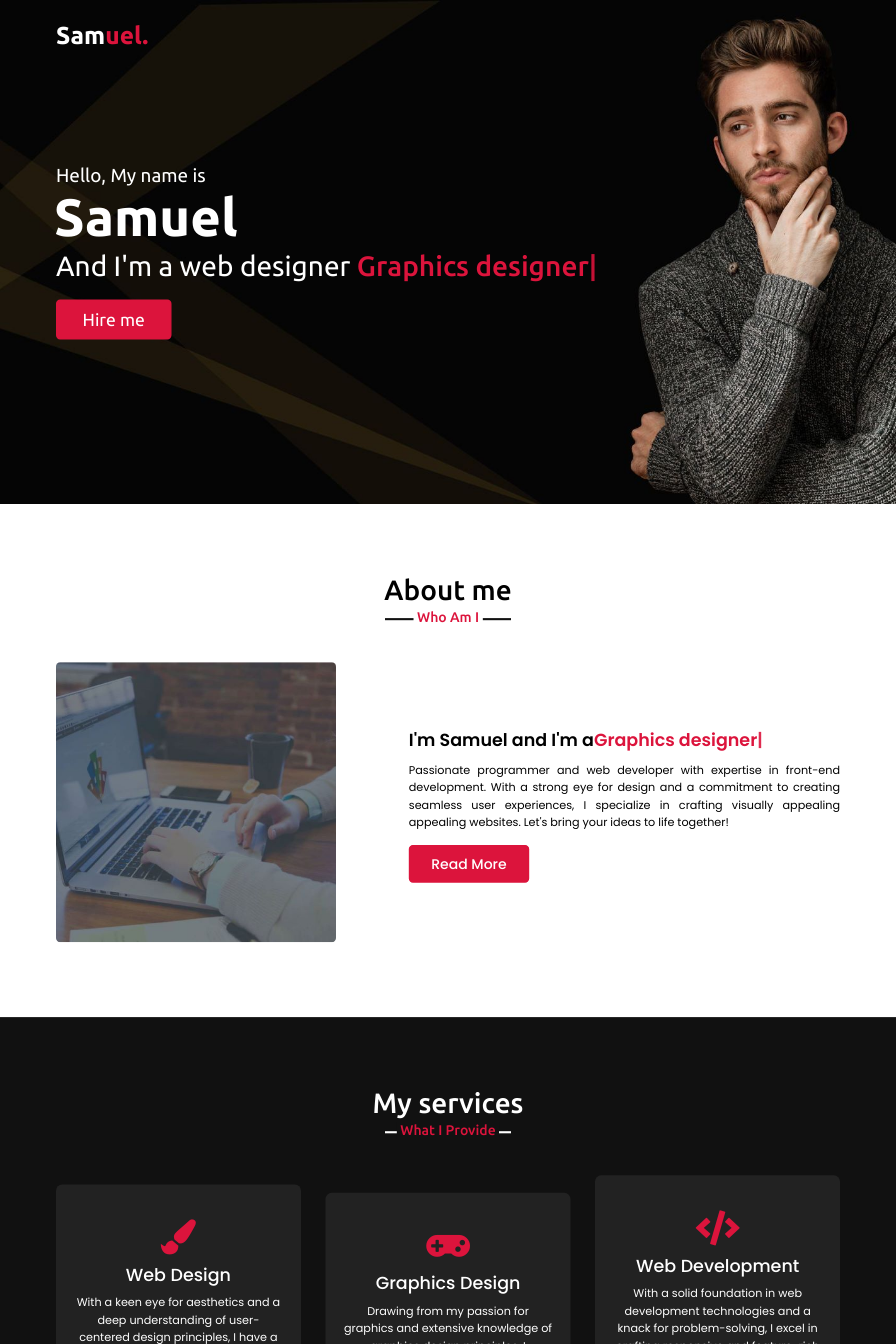
Repository: thedigitalwhizzy/JHF
Page: index.html
The author's editor kept a copy of each file at every save. The page is drawn from the files as they stood at one save, then again after a run of saves.
The browser window is 1280 px wide. The pictures show the part of the page from y = 0 to 1920 px (the page is 3743 px tall), at 70% of full size.
Backgrounds fixed to the window are drawn as part of the page.

Above is the page before, as saved 2024-06-22 15:31:11.

### index.html
<!DOCTYPE html>
<html lang="en">

<head>
  <meta charset="UTF-8">
  <title>Samuel | Portfolio</title>
  <link rel="stylesheet" href="style.css">
  <link rel="stylesheet" href="https://cdnjs.cloudflare.com/ajax/libs/font-awesome/5.15.3/css/all.min.css" />
  <script src="https://code.jquery.com/jquery-3.5.1.min.js"></script>
  <script src="https://cdnjs.cloudflare.com/ajax/libs/typed.js/2.0.11/typed.min.js"></script>
  <script src="https://cdnjs.cloudflare.com/ajax/libs/waypoints/4.0.1/jquery.waypoints.min.js"></script>
  <script src="https://cdnjs.cloudflare.com/ajax/libs/OwlCarousel2/2.3.4/owl.carousel.min.js"></script>
  <link rel="stylesheet" href="https://cdnjs.cloudflare.com/ajax/libs/OwlCarousel2/2.3.4/assets/owl.carousel.min.css" />
  <meta name="title" content="Samuel - Web Developer, Graphics designer, Freelancer, Content creator, Video editor, Photo editor" />
  <meta name="description" content="Samuel - Web Developer, Graphics designer, Freelancer, Content creator, Video editor, Photo editor" />
  <meta name="charset" content="UTF-8" />
  <meta name="viewport" content="width=device-width, initial-scale=1, minimum-scale=1, maximum-scale=1" />
  <meta name="robots" content="index, follow" />
  <meta name="googlebot" content="index, follow" />
  <meta name="revisit-after" content="1 days" />
  <meta http-equiv="X-UA-Compatible" content="IE=edge,chrome=1" />
  <meta http-equiv="Content-Language" content="en" />
  <meta property="og:title" content="Samuel - Web Developer, Graphics designer, Freelancer, Content creator, Video editor, Photo editor">
  <meta property="og:description" content="Samuel - Web Developer, Graphics designer, Freelancer, Content creator, Video editor, Photo editor">
  <meta property="og:locale" content="en_US">
  <meta property="og:type" content="website">
  <meta property="og:site_name" content="Samuel">
  <meta property="og:url" content="">
  <meta itemprop="image" content="rajuan.png">
  <meta property="og:image" content="rajuan.png">
  <meta property="og:image:secure_url" content="rajuan.png">
  <meta property="og:image:width" content="650">
  <meta property="og:image:height" content="350">
  <meta property="twitter:title" content="Samuel - Web Developer, Graphics designer, Freelancer, Content creator, Video editor, Photo editor">
  <meta property="twitter:description" content="Samuel - Web Developer, Graphics designer, Freelancer, Content creator, Video editor, Photo editor">
  <meta property="twitter:url" content="">
  <meta property="twitter:card" content="summary">
  <meta name="apple-mobile-web-app-status-bar" content="#202125">
  <link rel="canonical" href="">
  <link rel="alternate" hreflang="en" href="">
  <link rel="icon" href="icon.png" type="image/x-icon">
  <link rel="dns-prefetch" href="https://cdnjs.cloudflare.com/">
  <meta name="apple-mobile-web-app-status-bar" content="#202125">
</head>

<body>
  <div class="scroll-up-btn">
    <i class="fas fa-angle-up"></i>
  </div>
  <nav class="navbar">
    <div class="max-width">
      <div class="logo"><a href="https://instagram.com/izzy.blaize?igshid=OGY3MTU3OGY1Mw==">Sam<span>uel.</span></a></div>
        <div class="menu-btn">
        <i class="fas fa-bars"></i>
      </div>
    </div>
  </nav>

<body>


  <section class="home" id="home">
    <div class="max-width">
      <div class="home-content">
        <div class="text-1">Hello, My name is</div>
        <div class="text-2">Samuel</div>
        <div class="text-3">And I'm a web designer <span class="typing"></span></div>
        <a href="https://wa.link/4fl7y6">Hire me</a>
      </div>
    </div>
  </section>
  <section class="about" id="about">
    <div class="max-width">
      <h2 class="title">About me</h2>
      <div class="about-content">
        <div class="column left">
          <img src="rajuan.png">
        </div>
        <div class="column right">
          <div class="text">I'm Samuel and I'm a<span class="typing-2"></span></div>
          <p>Passionate programmer and web developer with expertise in front-end development. With a strong eye for design and a commitment to creating seamless user experiences, I specialize in crafting visually appealing appealing websites. Let's bring your ideas to life together!</p>
          <a href="read-more.html">Read More</a>
        </div>
      </div>
    </div>
  </section>
  <section class="services" id="services">
    <div class="max-width">
      <h2 class="title">My services</h2>
      <div class="serv-content">
        <div class="card">
          <div class="box">
            <i class="fas fa-paint-brush"></i>
            <div class="text">Web Design</div>
            <p>With a keen eye for aesthetics and a deep understanding of user-centered design principles, I have a knack for creating visually stunning and intuitive web designs that captivate users and elevate their online experience.</p>
          </div>
        </div>
        <div class="card">
          <div class="box">
            <i class="fas fa-gamepad"></i>
            <div class="text">Graphics Design</div>
            <p>Drawing from my passion for graphics and extensive knowledge of graphics design principles, I specialize in creating attractive and captivating design experiences that inscribe meaningful messages</p>
          </div>
        </div>
        <div class="card">
          <div class="box">
            <i class="fas fa-code"></i>
            <div class="text">Web Development</div>
            <p>With a solid foundation in web development technologies and a knack for problem-solving, I excel in crafting responsive and feature-rich websites.I bring together the best practices in HTML, CSS and JavaScript, to deliver seamless user experiences.</p>
          </div>
        </div>
        <div class="card">
          <div class="box">
            <i class="fas fa-sitemap"></i>
            <div class="text">Video Editing</div>
            <p>With my keen interest in content creation and my experience in video editing, creating visually appealing videos has always been a flex for me. I create videos that are attractive, communicative and entertaining.</p>
          </div>
        </div>
      </div>
    </div>
    </div>
  </section>
  <!-- skills section start -->
  <section class="skills" id="skills">
    <div class="max-width">
      <h2 class="title">My skills</h2>
      <div class="skills-content">
        <div class="column left">
          <div class="text">My creative skills & experiences.</div>
          <p>As a creative web developer, I bring a unique blend of technical expertise and artistic flair to the world of web development.</p>
          <a href="skills.html">Read more</a>
        </div>
        <div class="column right">
          <div class="bars">
            <div class="info">
              <span>HTML</span>
              <span>90%</span>
            </div>
            <div class="line html"></div>
          </div>
          <div class="bars">
            <div class="info">
              <span>CSS</span>
              <span>70%</span>
            </div>
            <div class="line css"></div>
          </div>
          <div class="bars">
            <div class="info">
              <span>JavaScript</span>
              <span>20%</span>
            </div>
            <div class="line js"></div>
          </div>
        </div>
      </div>
    </div>
  </section>
  <!-- contact section start -->
  <section class="contact" id="contact">
    <div class="max-width">
      <h2 class="title">Contact me</h2>
      <div class="contact-content">
        <div class="column left">
          <form action="submit-form.php" method="post" class="contact-form">
            <div class="form-field">
              <input type="text" name="name" id="name" placeholder="Your Name" required>
            </div>
            <div class="form-field">
              <input type="email" name="email" id="email" placeholder="Your Email" required>
            </div>
            <div class="form-field">
              <textarea name="message" id="message" placeholder="Your Message" rows="5" required></textarea>
            </div>
            <div class="form-field">
              <button type="submit">Send Message</button>
            </div>
          </form>
        </div>
        <div class="column right">
          <div class="icons">
            <div class="row">
              <i class="fas fa-user"></i>
              <div class="info">
                <div class="head">Name</div>
                <div class="sub-title">Samuel</div>
              </div>
            </div>
            <div class="row">
              <i class="fas fa-envelope"></i>
              <div class="info">
                <div class="head">Email:</div>
                <div class="sub-title">izzyblaize42@gmail.com</div>
              </div>
            </div>
            <div class="row">
              <i class="fab fa-whatsapp"></i>
              <div class="info">
                <div class="head"><a style="color:#000" href="https://wa.link/4fl7y6">WhatsApp</a>
                </div>
              </div>
            </div>
            <div class="row">
              <i class="fab fa-facebook"></i>
              <div class="info">
                <div class="head"><a style="color:black" href="https://www.facebook.com/profile.php?id=61552224441534&mibextid=9idTr45qYp7jtedz">Facebook</a></div>
              </div>
            </div>
          </div>
        </div>
      </div>
    </div>
  </section>


  <footer>
    <span>Copyright © <script>
        document.write(new Date().getFullYear());
      </script> All rights reserved By <i class="fa fa-heart"></i> <a href="https://www.facebook.com/profile.php?id=61552224441534&mibextid=9idTr45qYp7jtedz">SAMUEL</a></p>
  </footer>
  <script src="script.js"></script>
  <script
  type="text/javascript"
  src="https://cdn.jsdelivr.net/npm/@emailjs/browser@4/dist/email.min.js">
</script>

</body>

</html>

### script.js
$(document).ready(function() {
  $(window).scroll(function() {
    // sticky navbar on scroll script
    if (this.scrollY > 20) {
      $('.navbar').addClass("sticky");
    } else {
      $('.navbar').removeClass("sticky");
    }

    // scroll-up button show/hide script
    if (this.scrollY > 500) {
      $('.scroll-up-btn').addClass("show");
    } else {
      $('.scroll-up-btn').removeClass("show");
    }
  });

  // slide-up script
  $('.scroll-up-btn').click(function() {
    $('html').animate({ scrollTop: 0 });
    // removing smooth scroll on slide-up button click
    $('html').css("scrollBehavior", "auto");
  });

  $('.navbar .menu li a').click(function() {
    // applying again smooth scroll on menu items click
    $('html').css("scrollBehavior", "smooth");
  });

  // toggle menu/navbar script
  $('.menu-btn').click(function() {
    $('.navbar .menu').toggleClass("active");
    $('.menu-btn i').toggleClass("active");
  });

  // typing text animation script
  var typed = new Typed(".typing", {
    strings: ["Web Developer", "Graphics designer", "Freelancer", "Content creator", "Video editor", "Photo editor"],
    typeSpeed: 100,
    backSpeed: 60,
    loop: true
  });

  var typed = new Typed(".typing-2", {
    strings: ["Web Developer", "Graphics designer", "Freelancer", "Content creator", "Video editor", "Photo editor"],
    typeSpeed: 100,
    backSpeed: 60,
    loop: true
  });

  // owl carousel script
  $('.carousel').owlCarousel({
    margin: 20,
    loop: true,
    autoplay: true,
    autoplayTimeOut: 2000,
    autoplayHoverPause: true,
    responsive: {
      0: {
        items: 1,
        nav: false
      },
      600: {
        items: 2,
        nav: false
      },
      1000: {
        items: 3,
        nav: false
      }
    }
  });
});

Loaded but not shown: style.css (878 lines, source omitted)

After the next 3 saves:
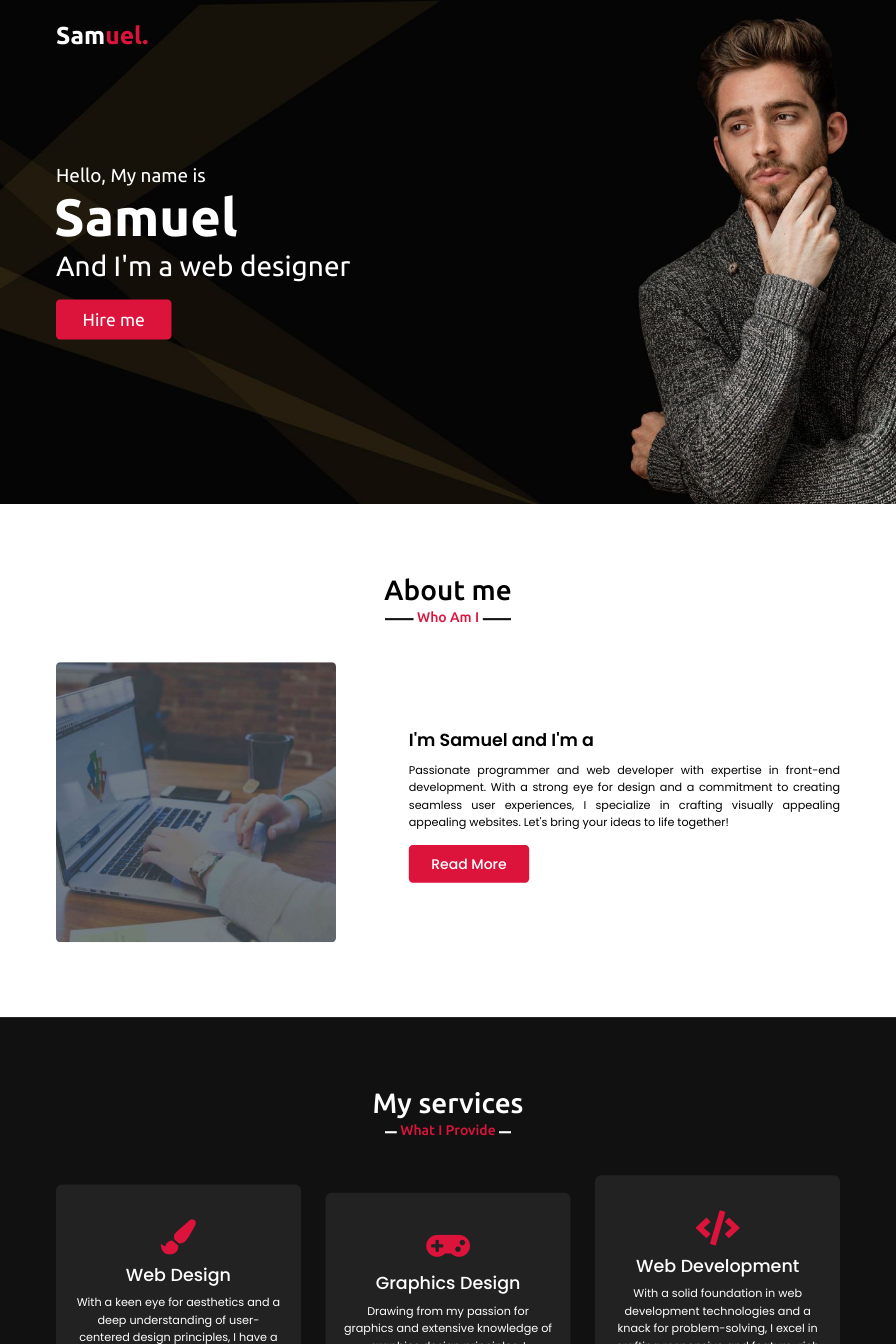
Console error: SyntaxError: Unexpected identifier 'the'
The 3 saves are shown as one change because they came seconds apart.
The last was saved 78 s later.
--- a/script.js
+++ b/script.js
@@ -71,3 +71,5 @@ $(document).ready(function() {
     }
   });
 });
+
+for the form

After the 2 saves that followed:
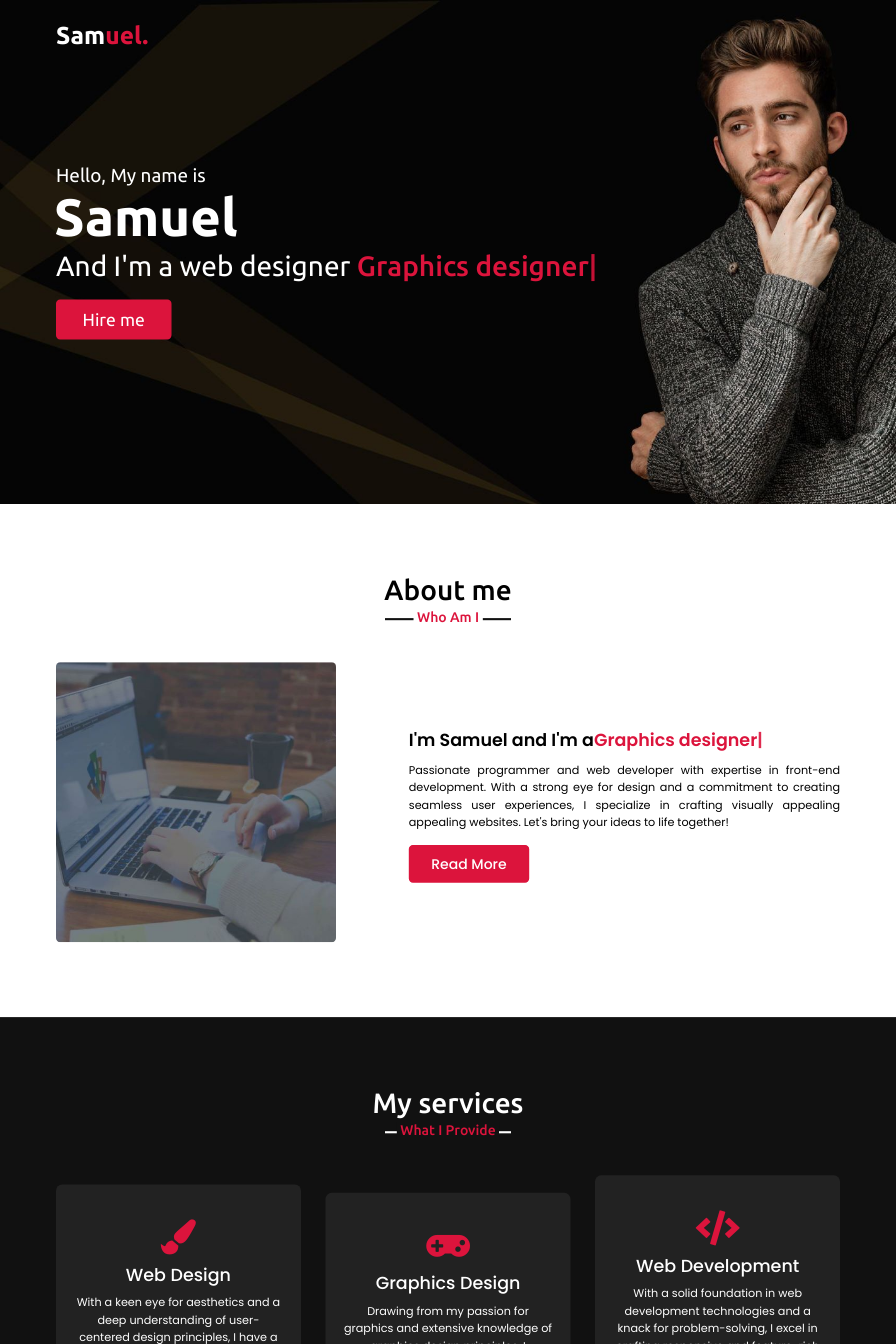
The error is gone.
The 2 saves are shown as one change because they came seconds apart.
The last was saved 10 s later.
--- a/script.js
+++ b/script.js
@@ -72,4 +72,4 @@ $(document).ready(function() {
   });
 });
 
-for the form
+// for the form
